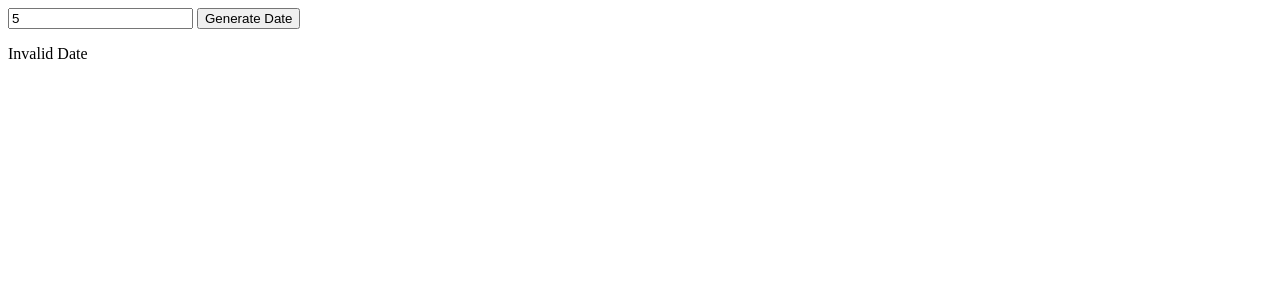
Repository: jfjadloc/jfjadloc.github.io
Page: Timestamp/index.html
The author's editor kept a copy of each file at every save. The page is drawn from the files as they stood at one save, then again after the next save.
The browser window is 1280 px wide. The pictures show the whole page.
Empty fields were first filled with sample values (such as "Sample", 5 or name@example.com).
After loading, the first visible `#myBtn` was clicked once.

Above is the page before, as saved 2022-02-27 20:50:27.

### Timestamp/index.html
<!DOCTYPE html>
<html lang="en">
<head>
    <meta charset="UTF-8">
    <meta http-equiv="X-UA-Compatible" content="IE=edge">
    <meta name="viewport" content="width=device-width, initial-scale=1.0">
    <title>Time Stamp Generator</title>

    <script>

        function displayDate() {
            var ST = document.getElementById("date_input").innerHTML;
            var genST = Date.ST;
            document.getElementById("answer").innerHTML = new Date(genST);
        }
    </script>
</head>
<body>
    <input type="number" name="date_input" id="date_input">
    <button id="myBtn" onclick="displayDate()">Generate Date</button>

    <p id="answer"></p>
</body>
</html>

After the next save:
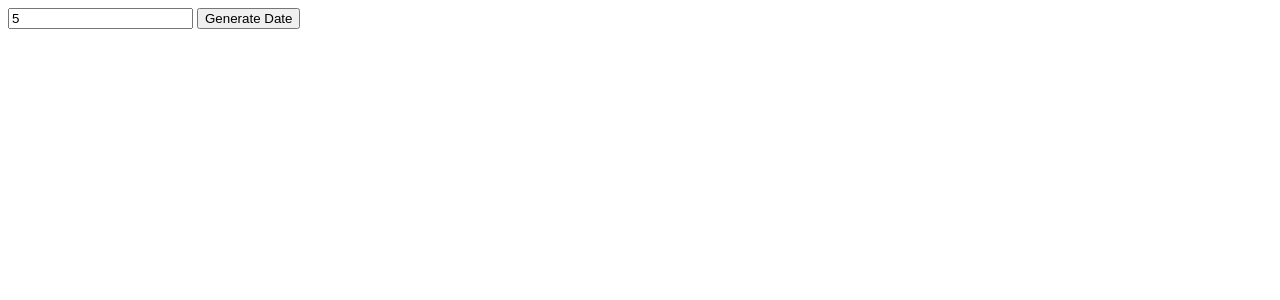
Console error: TypeError: Cannot read properties of undefined (reading 'getElementById')
Saved 19 s later.
--- a/Timestamp/index.html
+++ b/Timestamp/index.html
@@ -9,8 +9,7 @@
     <script>
 
         function displayDate() {
-            var ST = document.getElementById("date_input").innerHTML;
-            var genST = Date.ST;
+            var ST = Date.document.getElementById("date_input").innerHTML;
             document.getElementById("answer").innerHTML = new Date(genST);
         }
     </script>

After the 3 saves that followed:
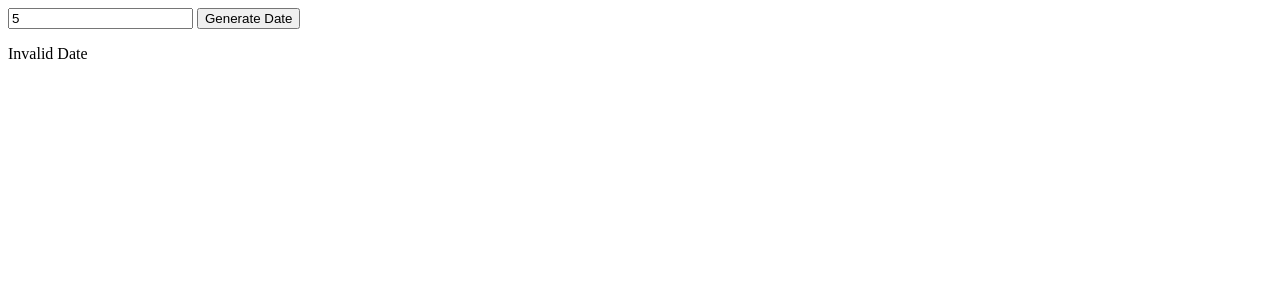
The error is gone.
The 3 saves are shown as one change because 2 left the picture as it was.
The last was saved 48 s later.
--- a/Timestamp/index.html
+++ b/Timestamp/index.html
@@ -9,8 +9,8 @@
     <script>
 
         function displayDate() {
-            var ST = Date.document.getElementById("date_input").innerHTML;
-            document.getElementById("answer").innerHTML = new Date(genST);
+            var ST = Date.toString(document.getElementById("date_input").innerHTML);
+            document.getElementById("answer").innerHTML = new Date(ST);
         }
     </script>
 </head>
